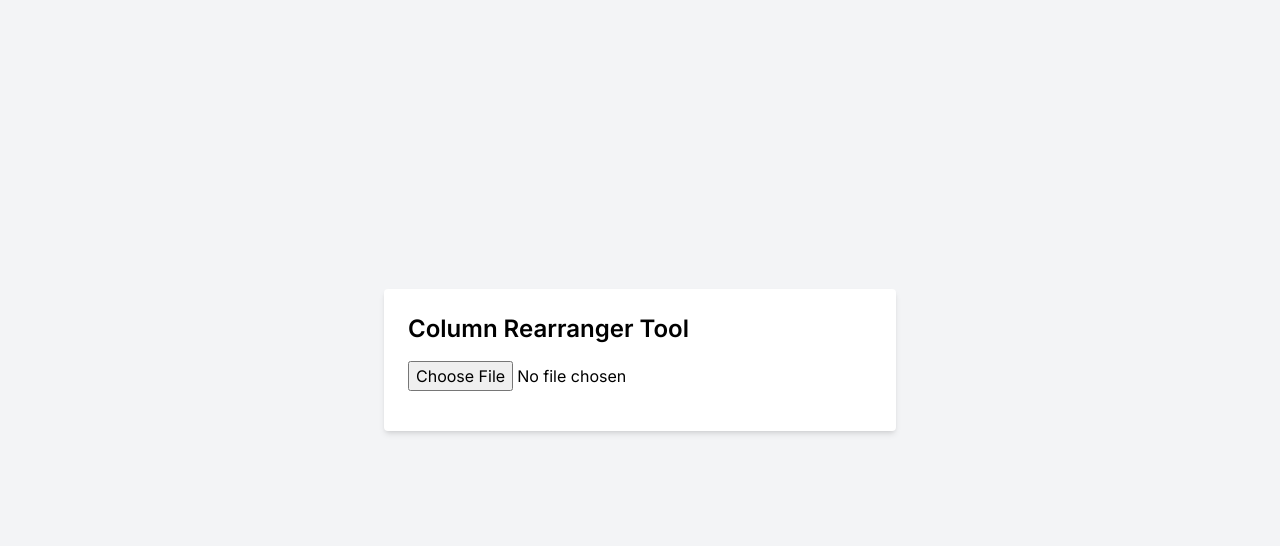
Repository: Wilderness-Committee/ColumnRearranger
Page: /
The author's editor kept a copy of each file at every save. The page is drawn from the files as they stood at one save, then again after the next save.
The browser window is 1280 px wide. The pictures show the whole page.
The project was rebuilt for these pictures with package versions that can differ from the ones it lists, and the page was loaded fresh each time. The framework's server and built-in components were replaced by stand-ins that run in the browser. Also part of the build but not shown: next.config.mjs.

Above is the page before, as saved 2024-05-28 08:41:43.

After the next save:
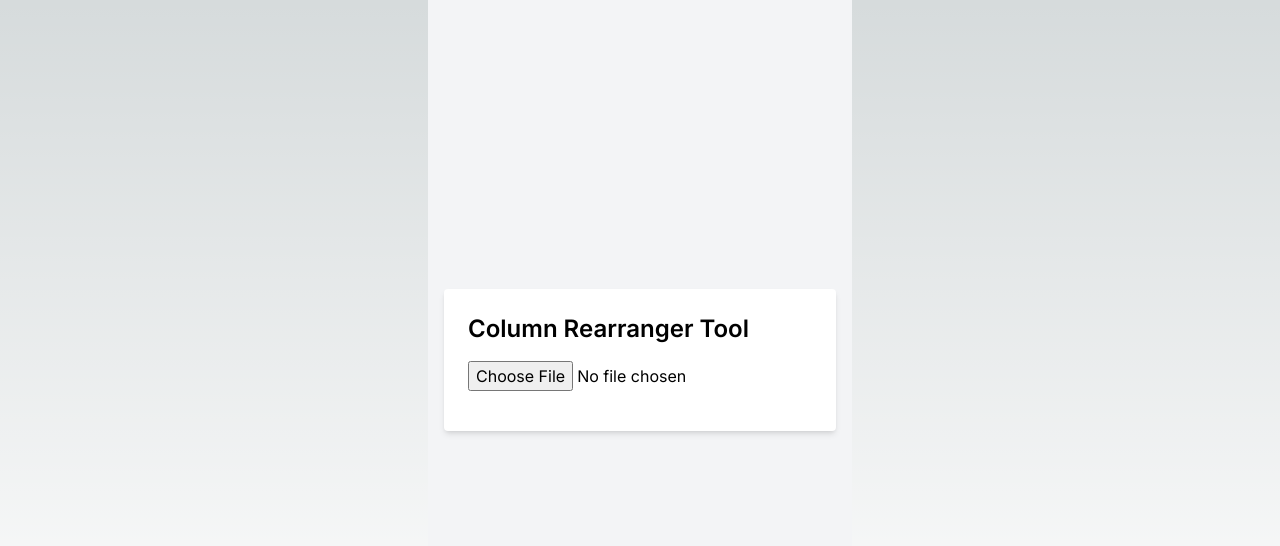
Saved 52 s later.
--- a/app/page.tsx
+++ b/app/page.tsx
@@ -4,7 +4,7 @@
 
 export default function Home() {
   return (
-    <main className="flex-1 items-center justify-center">
+    <main className="flex flex-grow items-center justify-center">
       <ColumnRearranger />
     </main>
   );

After the 4 saves that followed:
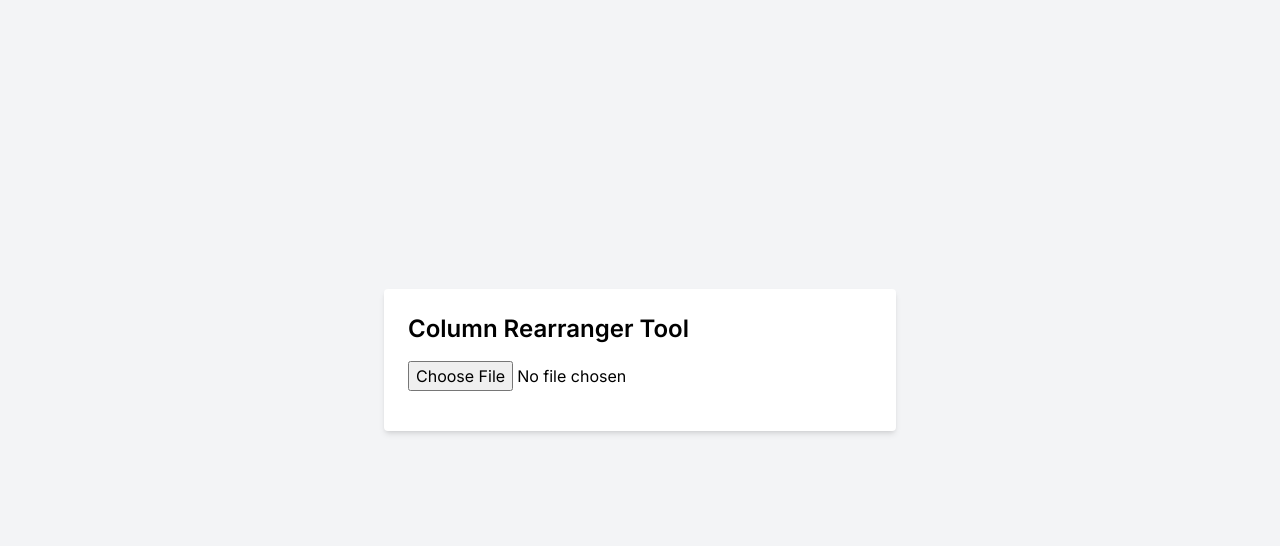
The 4 saves are shown as one change because 2 left the picture as it was and some came seconds apart.
The last was saved 2 min 12 s later.
--- a/app/page.tsx
+++ b/app/page.tsx
@@ -4,7 +4,7 @@
 
 export default function Home() {
   return (
-    <main className="flex flex-grow items-center justify-center">
+    <main className="flex flex-grow items-center justify-center w-full">
       <ColumnRearranger />
     </main>
   );
--- a/app/components/ColumnRearranger.tsx
+++ b/app/components/ColumnRearranger.tsx
@@ -52,9 +52,11 @@ const ColumnRearranger: React.FC = () => {
   };
 
   return (
-    <div className="min-h-screen flex flex-col items-center justify-center bg-gray-100 p-4">
+    <div className="min-h-screen flex flex-col items-center justify-center bg-gray-100 p-4 w-full">
       <div className="bg-white shadow-md rounded p-6 w-full max-w-lg">
-        <h2 className="text-2xl font-semibold mb-4">Column Rearranger Tool</h2>
+        <h2 className="text-2xl font-semibold mb-4 font-black">
+          Column Rearranger Tool
+        </h2>
         <input
           type="file"
           accept=".csv"
